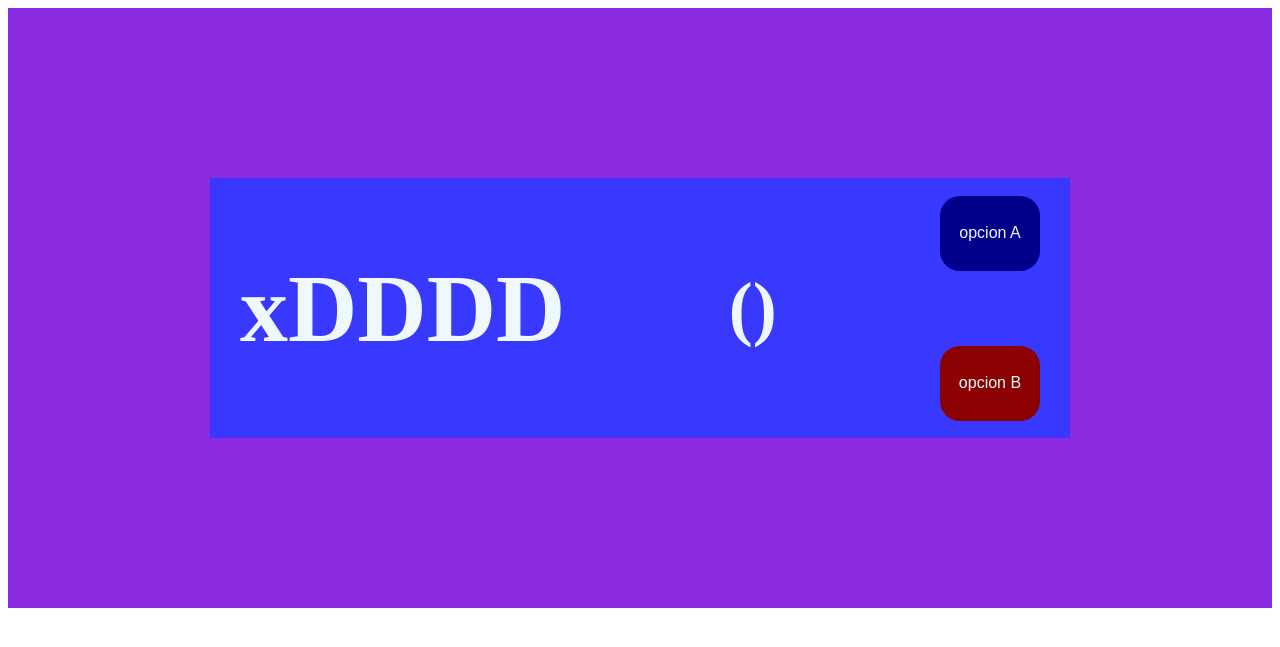
Repository: eschala/Proyecto_Clonaci-n_Kahoot_2023-2
Page: Borrador_Samir_Kahoot_NEW/Prueaba_Validar.html
The author's editor kept a copy of each file at every save. The page is drawn from the files as they stood at one save, then again after a run of saves.
The browser window is 1280 px wide. The pictures show the whole page.

Above is the page before, as saved 2023-11-29 13:25:54.

After the next 2 saves:
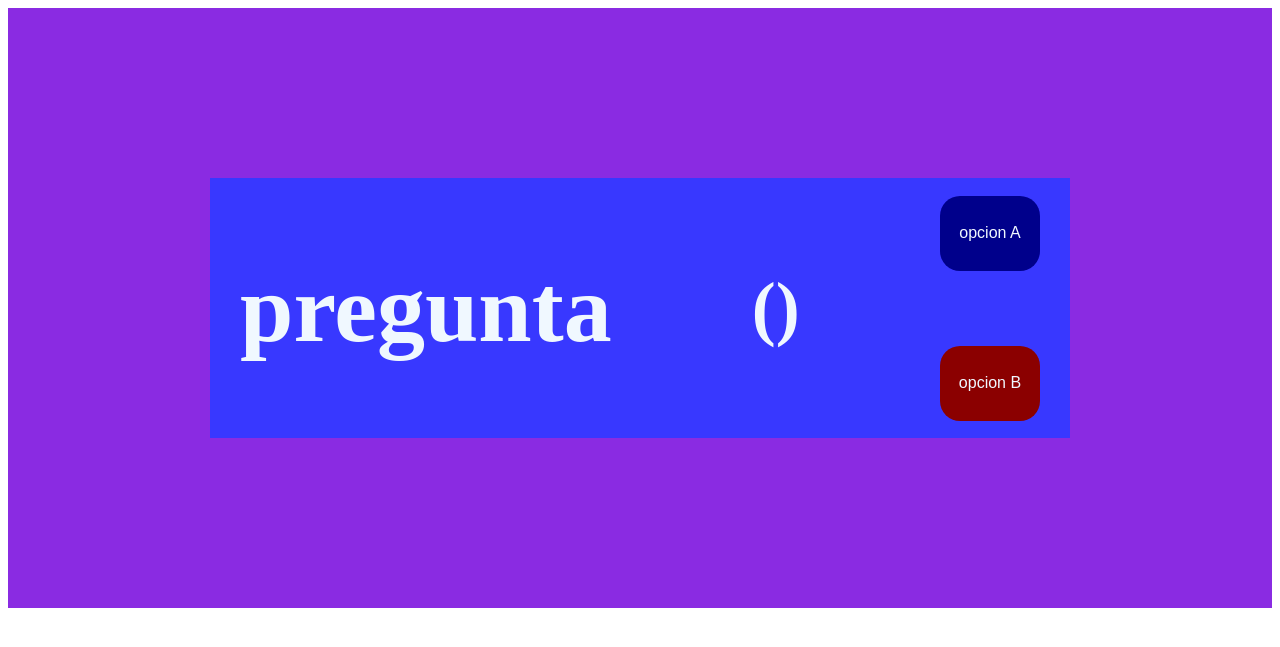
Console error: SyntaxError: Unexpected token ';'
The 2 saves are shown as one change because they came seconds apart.
The last was saved 7 s later.
--- a/Borrador_Samir_Kahoot_NEW/respuesta_VALIDAR.js
+++ b/Borrador_Samir_Kahoot_NEW/respuesta_VALIDAR.js
@@ -31,7 +31,7 @@
 var funcionPrueba=()=>{
     contar++;
 
-    tituloClass_E.innerHTML="xDDDD";
+    tituloClass_E.innerHTML="xDDDD "+;
 }
 
 

After the 2 saves that followed:
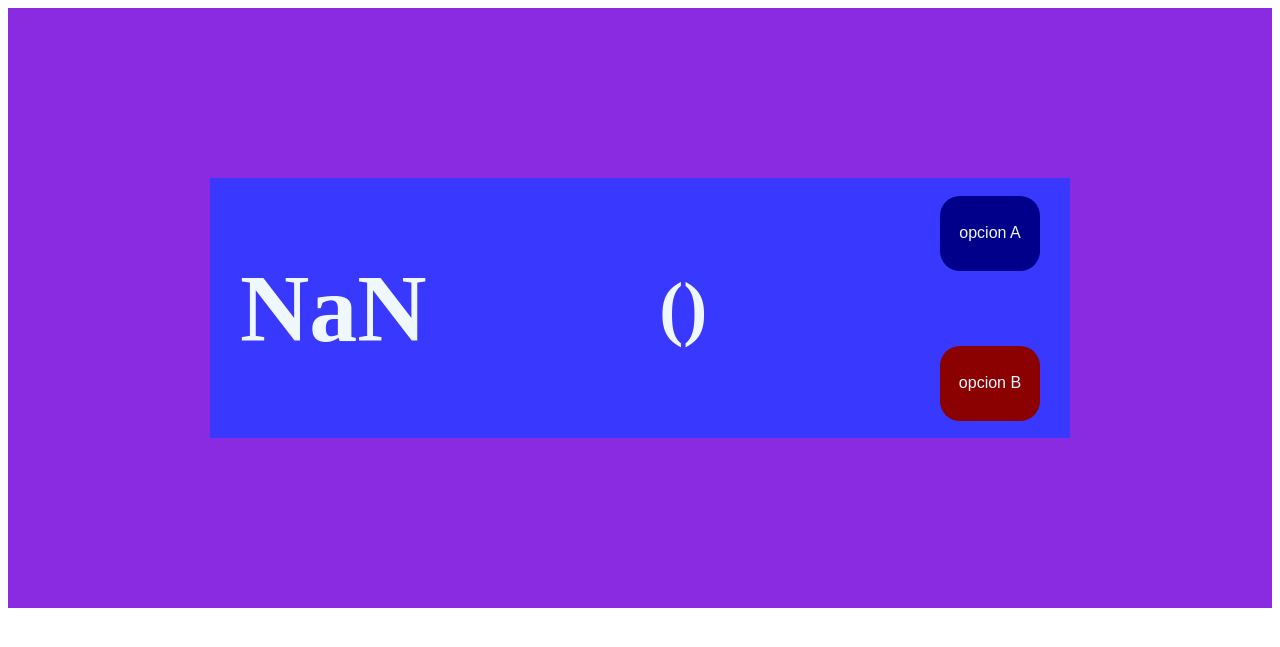
The error is gone.
The 2 saves are shown as one change because 1 left the picture as it was.
The last was saved 13 s later.
--- a/Borrador_Samir_Kahoot_NEW/respuesta_VALIDAR.js
+++ b/Borrador_Samir_Kahoot_NEW/respuesta_VALIDAR.js
@@ -31,7 +31,7 @@
 var funcionPrueba=()=>{
     contar++;
 
-    tituloClass_E.innerHTML="xDDDD "+;
+    tituloClass_E.innerHTML=contar;
 }
 
 
